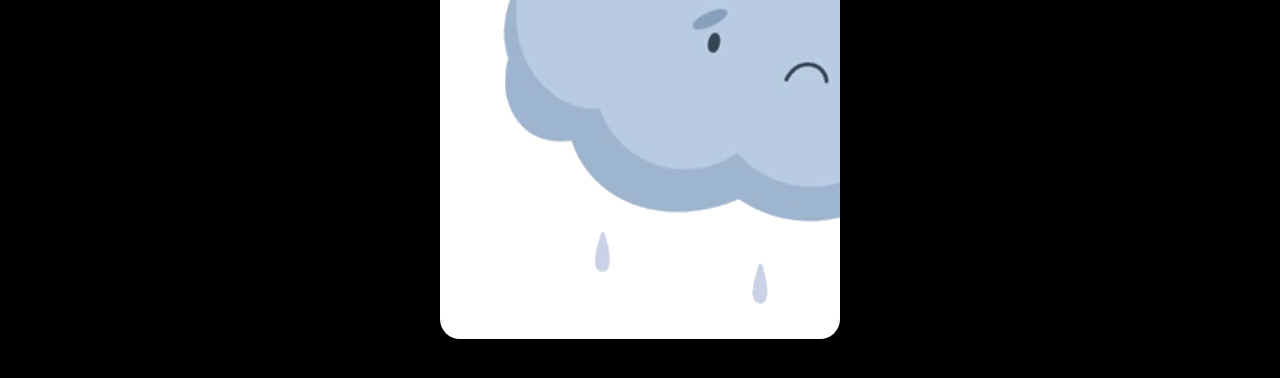
Repository: Pr1s0n3r627/weather
Page: index.html
The author's editor kept a copy of each file at every save. The page is drawn from the files as they stood at one save, then again after the next save.
The browser window is 1280 px wide. The pictures show the whole page.
Some web libraries are served in a nearby version.

Above is the page before, as saved 2024-05-18 23:32:30.
Not found: index.js

### index.html
<!DOCTYPE html>
<html lang="en">

<head>
    <meta charset="UTF-8">
    <meta http-equiv="X-UA-Compatible" content="IE=edge">
    <meta name="viewport" content="width=device-width, initial-scale=1.0">
    <link
        href="https://fonts.googleapis.com/css2?family=Poppins:wght@300;400;500;600;700;800;900&family=Roboto:wght@300;400;500;700;900&display=swap"
        rel="stylesheet">
    <link rel="stylesheet" href="style.css">
    <title>Day #10 - Weather App | AsmrProg</title>
</head>

<body>

    <div class="container">
        <div class="search-box">
            <i class="fa-solid fa-location-dot"></i>
            <input type="text" placeholder="Enter your location">
            <button class="fa-solid fa-magnifying-glass"></button>
        </div>

        <div class="not-found">
            <img src="not-found.png">
            <p>Oops! Invalid location :/</p>
        </div>

        <div class="weather-box">
            <img src="">
            <p class="temperature"></p>
            <p class="description"></p>
        </div>

        <div class="weather-details">
            <div class="humidity">
                <i class="fa-solid fa-water"></i>
                <div class="text">
                    <span></span>
                    <p>Humidity</p>
                </div>
            </div>
            <div class="wind">
                <i class="fa-solid fa-wind"></i>
                <div class="text">
                    <span></span>
                    <p>Wind Speed</p>
                </div>
            </div>
        </div>

    </div>

    <script src="https://kit.fontawesome.com/7c8801c017.js" crossorigin="anonymous"></script>
    <script src="index.js"></script>
</body>

</html>

### style.css
*{
    margin: 0;
    padding: 0;
    border: 0;
    outline: none;
    box-sizing: border-box;
}

body{
    height: 10vh;
    display: flex;
    align-items: center;
    justify-content: center;
    background: #000;
}

.container{
    position: relative;
    width: 400px;
    height: 605px;
    background: #fff;
    padding: 28px 32px;
    overflow: hidden;
    border-radius: 20px;
    font-family: 'Poppins', sans-serif;
    transition: 0.6s;
}

.search-box{
    width: 100%;
    height: min-content;
    display: flex;
    align-items: center;
    justify-content: space-between
}

.search-box input{
    color: #333;
    width: 80%;
    font-size: 20px;
    font-weight: 500;
    text-transform: inherit;
    padding-left: 32px;
}

.search-box input::placeholder{
    font-size: 20px;
    font-weight: 500;
    color: #06283d;
    text-transform: capitalize;
}

.search-box button{
    cursor: pointer;
    width: 50px;
    height: 50px;
    color: #06283d;
    background: #dff6ff;
    border-radius: 50%;
    font-size: 22px;
    transition: 0.4s ease;
}

.search-box button:hover{
    background: #000000;
    color: #fff;
}

.search-box i{
    position: absolute;
    color: #06283d;
    font-size: 28px;
}

.weather-box{
    text-align: center;
}

.weather-box img{
    width: 20%;
    margin-top: 20px;
}

.weather-box .temperature{
    position: relative;
    color: #06283d;
    font-size: 4rem;
    font-weight: 800;
    margin-top: 30px;
    margin-left: -16px;
}

.weather-box .temperature span{
    position: absolute;
    margin-left: 4px;
    font-size: 1.5rem;
}

.weather-box .description{
    color: #06283d;
    font-size: 22px;
    font-weight: 500;
    font-trasform: capitalize;
}

.weather-details{
    width: 100%;
    display: flex;
    justify-content: space-between;
    margin-top: 30px;
}

.weather-details .humidity, .weather-details .wind{
    display: flex;
    align-text: center;
    width: 50%;
    height: 100px;
}

.weather-details .humidity{
    padding-right: 20px;
    justify-content: flex-start;
}

.weather-details .wind{
    padding-right: 20px;
    justify-content: flex-end;
}

After the next save:
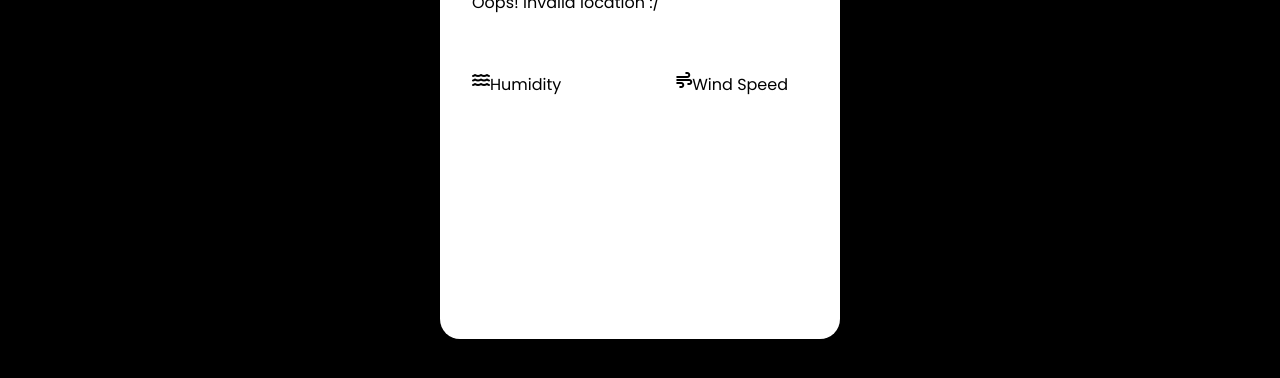
Saved 81 s later.
--- a/style.css
+++ b/style.css
@@ -76,6 +76,11 @@ body{
     text-align: center;
 }
 
+.not-found img{
+    width: 40%;
+    margin-top: 20px;
+}
+
 .weather-box img{
     width: 20%;
     margin-top: 20px;
@@ -100,7 +105,7 @@ body{
     color: #06283d;
     font-size: 22px;
     font-weight: 500;
-    font-trasform: capitalize;
+    text-transform: capitalize;
 }
 
 .weather-details{
@@ -112,7 +117,7 @@ body{
 
 .weather-details .humidity, .weather-details .wind{
     display: flex;
-    align-text: center;
+    text-align: center;
     width: 50%;
     height: 100px;
 }
